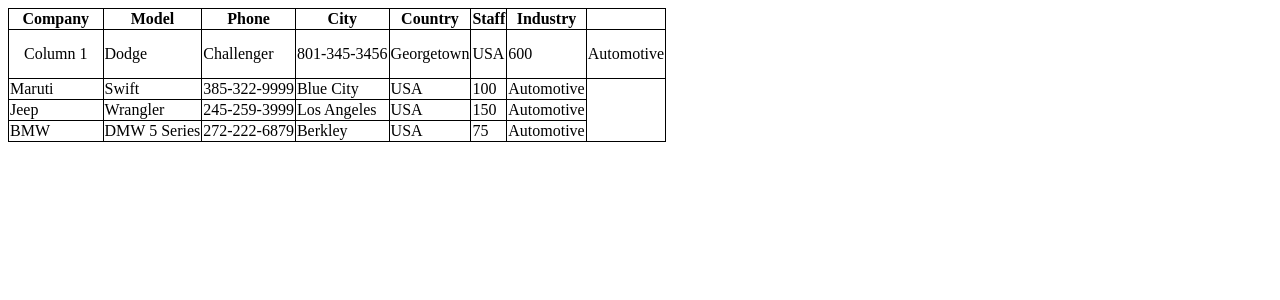
Repository: vgoins-RA2022/HTML-2
Page: index.html
These files come from the project's save history. The page is drawn as it stood at one moment and after the next save; the edit follows.
The browser window is 1280 px wide. The pictures show the whole page.

Above is the page before, as saved 2023-01-21 22:21:32.

### index.html
<!DOCTYPE html>
<html lang="en">

<head>
  <meta charset="UTF-8">
  <meta name="viewport" content="width=device-width, initial-scale=1">
  <link rel="stylesheet" href="../HTML-2/src/css/Style.css" type="text/css">
  <title>HTML Table Assignment 2</title>
</head>

<body>
  <!-- Build Table -->
  <table>
    <thead>
      <tr>
        <!-- Name colomn headings -->
        <th>Company</th>
        <th>Model</th>
        <th>Phone</th>
        <th>City</th>
        <th>Country</th>
        <th>Staff</th>
        <th>Industry</th>
      </tr>
    </thead>
    <tbody>
      <tr>
        <!--Beginning table data  -->
        <td class="table-cell-padding">Column 1</td>
        <td>Dodge</td>
        <td>Challenger</td>
        <td>801-345-3456</td>
        <td>Georgetown</td>
        <td>USA</td>
        <td>600</td>
        <td>Automotive</td>
      </tr>
       <tr>
        <td>Maruti</td>
        <td>Swift</td>
        <td>385-322-9999</td>
        <td>Blue City</td>
        <td>USA</td>
        <td>100</td>
        <td>Automotive</td>
      </tr><tr>
        <td>Jeep</td>
        <td>Wrangler</td>
        <td>245-259-3999</td>
        <td>Los Angeles</td>
        <td>USA</td>
        <td>150</td>
        <td>Automotive</td>
      </tr>
      <tr>
        <td>BMW</td>
        <td>DMW 5 Series</td>
        <td>272-222-6879</td>
        <td>Berkley</td>
        <td>USA</td>
        <td>75</td>
        <td>Automotive</td>
      </tr>
    </tbody>
    <!-- Ending table data -->
  </table>

 </body>

</html>

### src/css/Style.css

table, th, td {
  border: 1px solid black;
  border-collapse: collapse;
}

  .table-cell-padding {
    padding: 15px;
  }

After the next save:
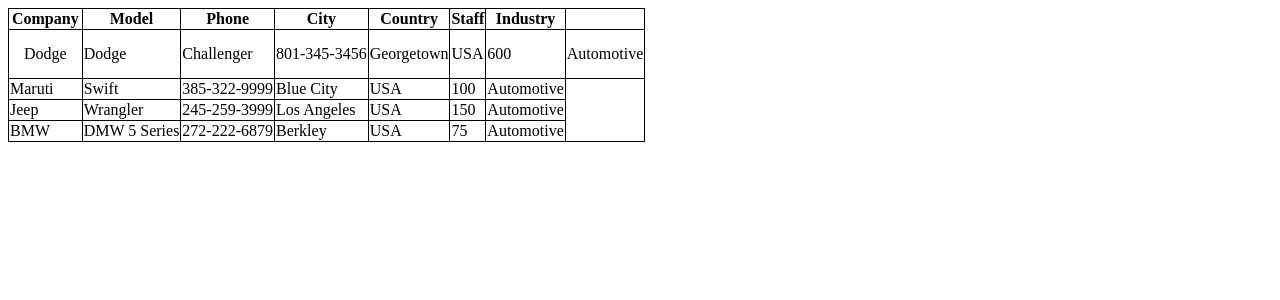
Saved 13 s later.
--- a/index.html
+++ b/index.html
@@ -26,7 +26,7 @@
     <tbody>
       <tr>
         <!--Beginning table data  -->
-        <td class="table-cell-padding">Column 1</td>
+        <td class="table-cell-padding">Dodge</td>
         <td>Dodge</td>
         <td>Challenger</td>
         <td>801-345-3456</td>
